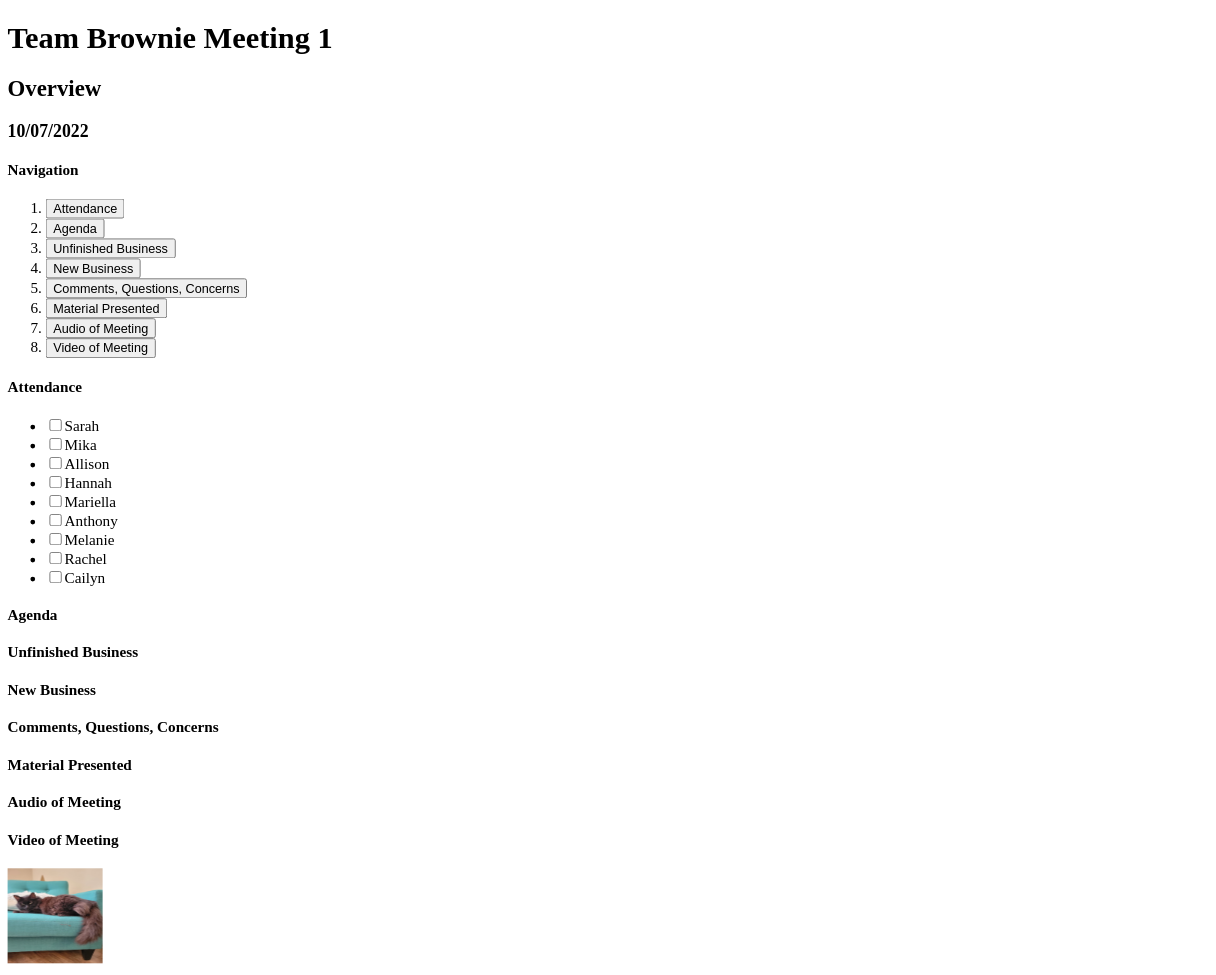
Repository: sarahtthomson/fa22-cse110-lab3
Page: index.html
These files come from the project's save history. The page is drawn as it stood at one moment and after the next save; the edit follows.
The browser window is 1280 px wide. The pictures show the whole page, at 95% of full size.

Above is the page before, as saved 2022-10-07 17:05:50.

### index.html
<!DOCTYPE html>
<html lang="en">
    <head>
        <Title>Team Brownie</Title>
        <meta name="description" content="Meeting minutes for Team Brownie">
        <link rel="icon" href="favicon.ico" />
    </head>
    <body>
        <header>
            <h1>Team Brownie Meeting 1</h1>
            <h2>Overview</h2>
            <h3>10/07/2022</h3>
        </header>
        <main>
            <nav class="nav">
                <h4>Navigation</h4>
                <ol>
                    <li><a href="#Attendance" ><button type="button">Attendance</button></a></li>
                    <li><a href="#Agenda"><button type="button">Agenda</button></a></li>
                    <li><a href="#Unfinished Business"><button type="button">Unfinished Business</button></a></li>
                    <li><a href="#New Business"><button type="button">New Business</button></a></li>
                    <li><a href="#Comments"><button type="button">Comments, Questions, Concerns</button></a></li>
                    <li><a href="#Material"><button type="button">Material Presented</button></a></li>
                    <li><a href="#Audio"><button type="button">Audio of Meeting</button></a></li>
                    <li><a href="#Video"><button type="button">Video of Meeting</button></a></li>
                </ol>
            </nav>
            <div class="Attendance" id="Attendance">
                <h4>Attendance</h4>
                <ul>
                    <li><input type="checkbox">Sarah</li>
                    <li><input type="checkbox">Mika</li>
                    <li><input type="checkbox">Allison</li>
                    <li><input type="checkbox">Hannah</li>
                    <li><input type="checkbox">Mariella</li>
                    <li><input type="checkbox">Anthony</li>
                    <li><input type="checkbox">Melanie</li>
                    <li><input type="checkbox">Rachel</li>
                    <li><input type="checkbox">Cailyn</li>
                </ul>
            </div>
            <div class="Agenda" id="Agenda">
                <h4>Agenda</h4>

            </div>
            <div class="Unfinished Business" id="Agenda">
                <h4>Unfinished Business</h4>
            </div>
            <div class="New Business" id="New Business">
                <h4>New Business</h4>
            </div>
            <div class="Comments" id="Comments">
                <h4>Comments, Questions, Concerns</h4>
            </div>
            <div class="Material" id="Material">
                <h4>Material Presented</h4>
            </div>
            <div class="Audio" id="Audio">
                <h4>Audio of Meeting</h4>
            </div>
            <div class="Video" id="Video">
                <h4>Video of Meeting</h4>
            </div>
        </main>
        <img height="100" width="100" src="cat.jpg">
    </body>
</html>

After the next save:
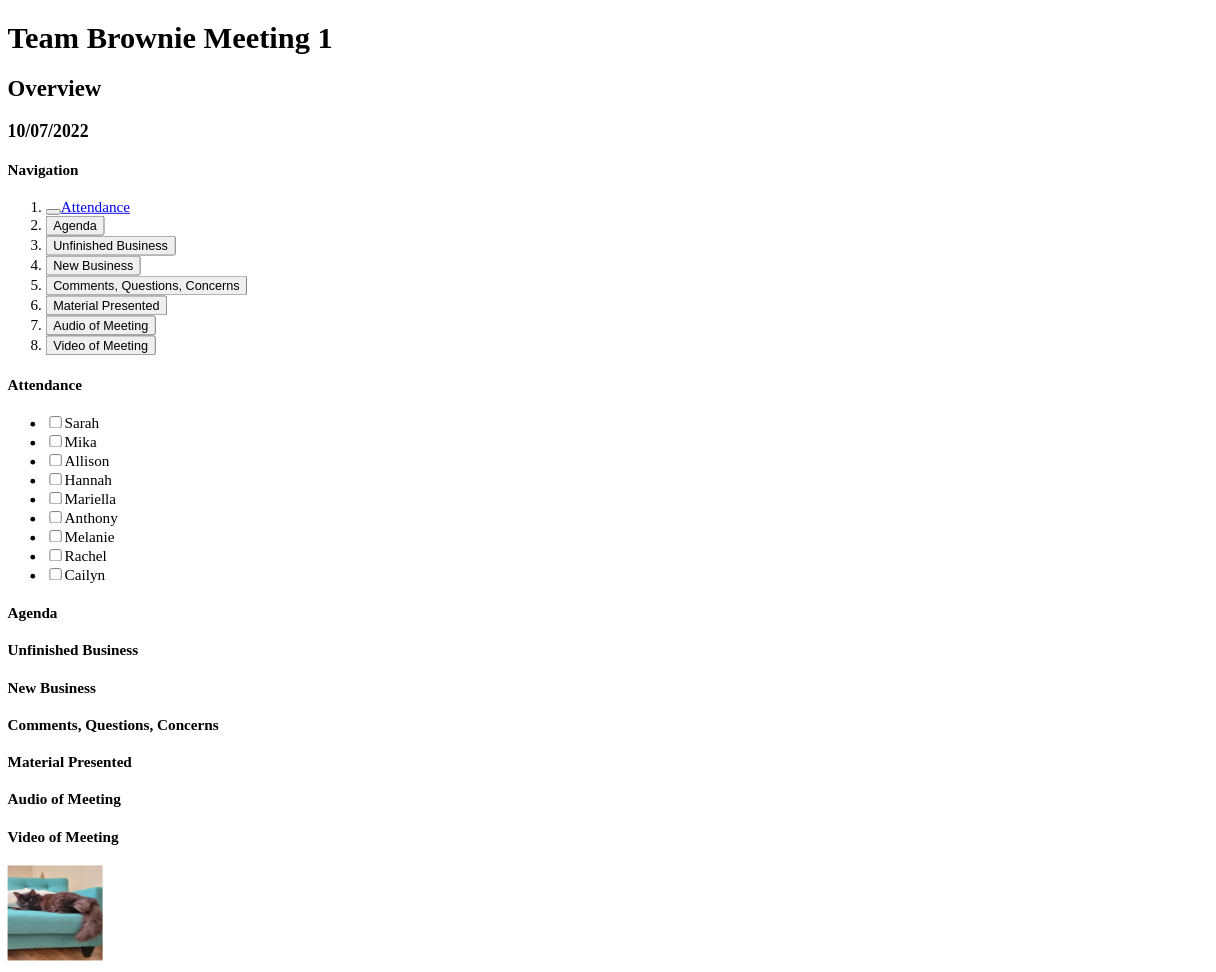
Saved 4 min 1 s later.
--- a/index.html
+++ b/index.html
@@ -15,7 +15,7 @@
             <nav class="nav">
                 <h4>Navigation</h4>
                 <ol>
-                    <li><a href="#Attendance" ><button type="button">Attendance</button></a></li>
+                    <li><button type="button"></button><a href="#Attendance" >Attendance</a></button></li>
                     <li><a href="#Agenda"><button type="button">Agenda</button></a></li>
                     <li><a href="#Unfinished Business"><button type="button">Unfinished Business</button></a></li>
                     <li><a href="#New Business"><button type="button">New Business</button></a></li>

After the save that followed:
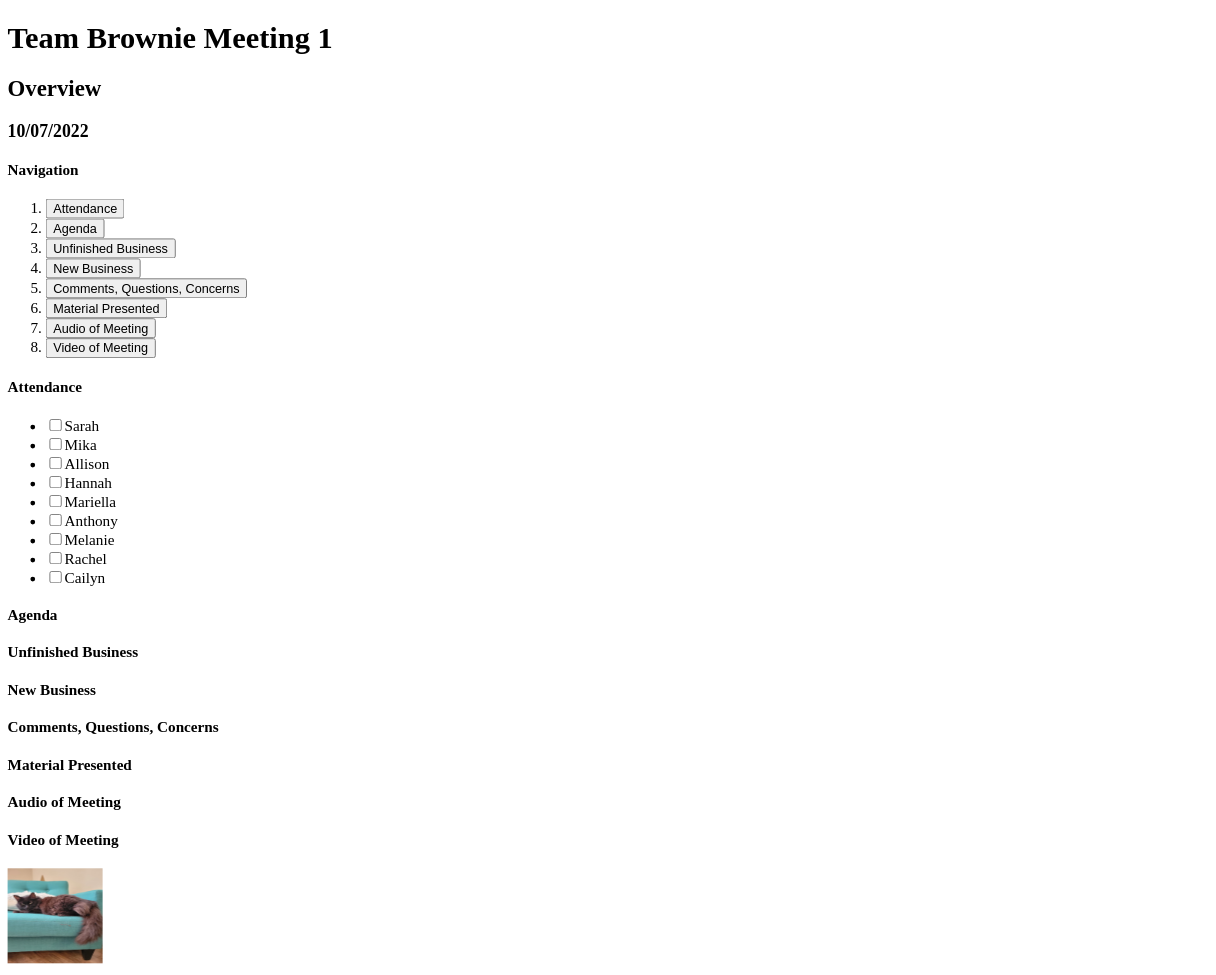
Saved 14 s later.
--- a/index.html
+++ b/index.html
@@ -15,7 +15,7 @@
             <nav class="nav">
                 <h4>Navigation</h4>
                 <ol>
-                    <li><button type="button"></button><a href="#Attendance" >Attendance</a></button></li>
+                    <li><a href="#Attendance" ><button type="button">Attendance</button></a></li>
                     <li><a href="#Agenda"><button type="button">Agenda</button></a></li>
                     <li><a href="#Unfinished Business"><button type="button">Unfinished Business</button></a></li>
                     <li><a href="#New Business"><button type="button">New Business</button></a></li>
